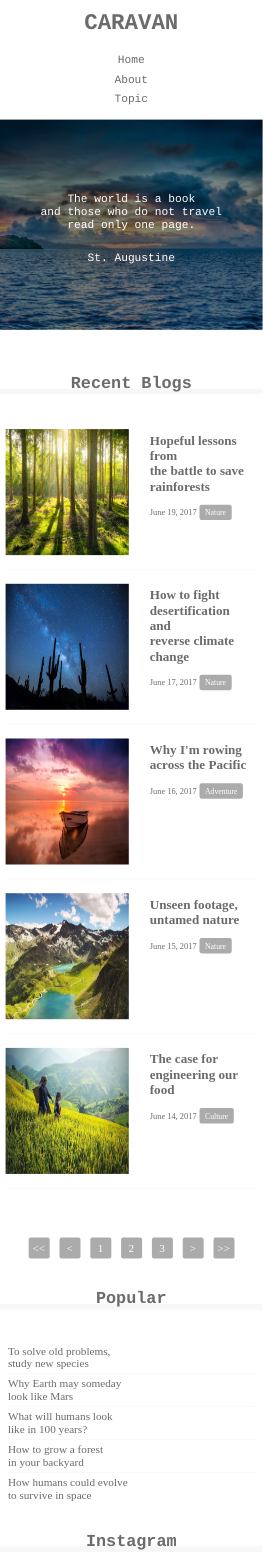
Repository: pureforest/html
Page: caravan/index.html
The author's editor kept a record of every edit. The page is drawn from the files as they stood at one moment, then again after the next edit.
The browser window is 375 px wide. The pictures show the part of the page from y = 0 to 2240 px (the page is 3359 px tall before and 3497 px after), at 70% of full size.
Some web libraries are served in a nearby version.

Above is the page before.

### caravan/index.html
<!DOCTYPE html>
<html lang="ja">
  <head>
    <meta charset="UTF-8" />
    <meta name="viewport" content="width=device-width,initial-scale=1.0">
    <script src="https://kit.fontawesome.com/bb9908bf54.js" crossorigin="anonymous"></script>
    <link rel="stylesheet" href="style.css" />
    <title>CARAVAN</title>
  </head>

  <body>
    <header>
      <h1 class="heading">
        <a href="index.html">
          CARAVAN
        </a>
      </h1>

      <div class="social">
        <i class="fab fa-facebook-square"></i>
        <i class="fab fa-twitter-square"></i>
        <i class="fab fa-instagram"></i>
      </div>
    </header>

    <!-- navigation -->
    <nav>
      <ul class="nav-list">
        <li class="nav-list-item">
          <a href="index.html">Home</a>
        </li>
        <li class="nav-list-item">About</li>
        <li class="nav-list-item">Topic</li>
      </ul>
    </nav>

    <!-- main-visual用のdiv -->
    <div class="main-visual">
      <div class="main-visual-content">
        <p class="main-visual-text">
          The world is a book<br>
          and those who do not travel<br>
          read only one page.
        </p>
        <p class="main-visual-name">
          St. Augustine
        </p>
      </div>
    </div>

    <!-- main用のdiv -->
    <main>
      <section class="blog">
        <h2 class="blog-heading">Recent Blogs</h2>
        <div class="blog-box">
          <div class="blog-item">
            <img class="blog-image" src="img/forest.jpg" />
            <section class="blog-text">
              <h3 class="blog-text-heading">
                <a href="single.html">
                  Hopeful lessons from<br>
                  the battle to save<br>
                  rainforests
                </a>
              </h3>
              <p class="blog-date">June 19, 2017</p>
              <span class="category">Nature</span>
            </section>
          </div>
          <div class="blog-item">
            <img class="blog-image" src="img/desert.jpg" />
            <section class="blog-text">
              <h3 class="blog-text-heading">
                <a href="single.html">
                  How to fight<br>
                  desertification and<br>
                  reverse climate change
                </a>
              </h3>
              <p class="blog-date">June 17, 2017</p>
              <span class="category">Nature</span>
            </section>
          </div>
          <div class="blog-item">
            <img class="blog-image" src="img/sunset.jpg" />
            <section class="blog-text">
              <h3 class="blog-text-heading">
                <a href="single.html">
                  Why I'm rowing<br>
                  across the Pacific
                </a>
              </h3>
              <p class="blog-date">June 16, 2017</p>
              <span class="category">Adventure</span>
            </section>
          </div>
          <div class="blog-item">
            <img class="blog-image" src="img/italy.jpg" />
            <section class="blog-text">
              <h3 class="blog-text-heading">
                <a href="single.html">
                  Unseen footage,<br>
                  untamed nature
                </a>
              </h3>
              <p class="blog-date">June 15, 2017</p>
              <span class="category">Nature</span>
            </section>
          </div>
          <div class="blog-item">
            <img class="blog-image" src="img/asia.jpg" />
            <section class="blog-text">
              <h3 class="blog-text-heading">
                <a href="single.html">
                  The case for<br>
                  engineering our food
                </a>
              </h3>
              <p class="blog-date">June 14, 2017</p>
              <span class="category">Culture</span>
            </section>
          </div>
        </div>
        <div class="pagination">
         <p><<</p>
         <p><</P>
         <p>1</p>
         <p>2</p>
         <p>3</p>
         <p>></p>
         <p>>></p>
        </div>
      </section>


      <div class="sidebar">
       <section class="popular">
        <h2 class="popular-heading common-heading">Popular</h2>
        <div class="sidebar-contents">
          <p class="popular-text">To solve old problems,<br>study new species</p>
          <p class="popular-text">Why Earth may someday<br>look like Mars</p>
          <p class="popular-text">What will humans look<br>like in 100 years?</p>
          <p class="popular-text">How to grow a forest<br>in your backyard</p>
          <p class="popular-text">How humans could evolve<br>to survive in space</p>
        </div>
       </section>

       <section class="instagram">
        <h2 class="instagram-heading common-heading">Instagram</h2>
          <div class="sidebar-contents">
            <div class="instagram-box"></div>
            <div class="instagram-box"></div>
            <div class="instagram-box"></div>
            <div class="instagram-box"></div>
            <div class="instagram-box"></div>
            <div class="instagram-box"></div>
          </div>
       </section>

       <section class="categories">
          <h2 class="categories-heading common-heading">Categories</h2>
          <div class="sidebar-contents">
            <p class="categories-text">Technology(15)</p>
            <p class="categories-text">Business(23)</p>
            <p class="categories-text">Entertainment(12)</p>
            <p class="categories-text">Nature(32)</p>
            <p class="categories-text">Education(9)</p>
            <p class="categories-text">Adventure(23)</p>
            <p class="categories-text">Communication(14)</p>
          </div>
        </section>
      </div>
    </main>

    <!-- footer -->
    <footer>
      <p class="footer-text">© All rights reserved by Infratop.Inc.</p>
    </footer>
  </body>
</html>

### caravan/style.css
* {
  margin: 0;
  padding: 0;
  box-sizing: border-box;
  color: #6c6b6b;
}

a{
  text-decoration: none;
}

header,nav,h2,.main-visual,footer{
  font-family: Chalkduster, "Bradley Hand", Courier, "Segoe Print", sans-serif;
}

header {
  width: 90%;
  padding: 15px 0;
  margin: 0 auto;
  text-align: center;
  position: relative;
}

.social i{
  display: inline-block;
  margin-left: 20px;
}

.social {
  position: absolute;
  top: 22px;
  right: 22px;
}

header .heading {
  font-size: 32px;
}

.nav-list {
  text-align: center;
  padding: 10px 0;
  margin: 0 auto;
}

.nav-list-item {
  list-style: none;
  display: inline-block;
  margin: 0 20px;
}

.main-visual {
  width: 100%; /* 横幅いっぱい */
  height: 300px; /* 高さ300px */
  background-image: url(img/mv.jpg);
  background-size: cover; /* 縦横比を維持したまま背景領域を埋め尽くす */
  background-position: center; /* 背景画像を中央に配置 */
}

.main-visual-content {
  width: 40%; /* 横幅40% */
  height: 300px; /* 親の高さに揃える */
  background-color: rgba(0, 0, 0, 0.5); /* 背景色を半透明の黒にする */
  text-align: center; /* 文字を中央揃えにする */
  padding-top: 105px; /* 上側の内側余白で垂直方向の位置を調整 */
}

.main-visual-text {
  color: #fff;
}

.main-visual-name {
  margin-top: 30px;
  color: #fff;
}

main {
  width: 800px;
  display: flex;
  justify-content: center;
  margin: 0 auto;
  padding: 70px 0;
}

.blog {
  width: 540px;
  margin-right: 30px;
}

.blog-heading {
  border-bottom: 8px solid #f7f7f7;
  text-align: center;
  line-height: 0.6;
}

.blog-box{
  padding-top: 50px
}

.blog-item {
  padding-bottom: 20px;
  margin-bottom: 20px;
  border-bottom: 1px solid #f7f7f7;
  display: flex;
  justify-content: flex-start;}

.blog-image {
  height: 180px;
}

.blog-text {
  padding: 25px 0 0 30px;
}

.blog-text-heading{
  padding-bottom: 15px;
}
.blog-date {
  font-size: 12px;
  display: inline-block;
}
.category {
  display: inline-block;
  padding: 5px 8px;
  background-color: #acabab;
  border-radius: 3px;
  color: #fff;
  font-size: 11px;
}

.pagination{
  text-align: center;
  padding-top: 50px;
}

.pagination p{
  display: inline-block;
  width: 30px;
  height: 30px;
  margin: 0 5px;
  color: #fff;
  background-color: #acabab;
  border-radius: 3px;
  line-height: 30px;
}
.sidebar {
  width: 230px;
}

.common-heading {
  border-bottom: 8px solid #f7f7f7;
  text-align: center;
  line-height: 0.6;
}

.sidebar-contents {
  padding: 50px 0;
}

.popular-text,
.categories-text {
  padding-bottom: 5px;
  border-bottom: 1px solid #f7f7f7;
  margin-bottom: 5px;
}

.popular-text:last-child,
.categories-text:last-child {
  margin: 0;
  padding: 0;
  border: none;
}

.instagram .sidebar-contents {
  display: flex;
  flex-wrap: wrap;
}

.instagram-box {
  width: 110px;
  padding-top: 110px;
  background-size: cover;
  background-position: center;
  margin-bottom: 10px;
}

.instagram-box:nth-child(odd) {
  margin: 0 10px 10px 0;
}

.instagram-box:nth-child(1) {
  background-image: url(img/airport.jpg);
}

.instagram-box:nth-child(2) {
  background-image: url(img/japan.jpg);
}

.instagram-box:nth-child(3) {
  background-image: url(img/snow.jpg);
}

.instagram-box:nth-child(4) {
  background-image: url(img/japan2.jpg);
}

.instagram-box:nth-child(5) {
  background-image: url(img/lake.jpg);
}

.instagram-box:nth-child(6) {
  background-image: url(img/road.jpg);
}

footer {
  width: 100%;
  height: 120px;
  text-align: center;
  line-height: 120px;
  background-color: #848282;
}

.footer-text {
  color: #fff;
}

@media screen and (max-width: 1024px) {
  header {
  width: 100%;
}

.social {
  display: none;
}

.nav-list {
  width: 100%
}

.nav-list-item {
  width: 100%;
  margin: 0 0 10px 0;
}

.main-visual-content {
  width: 100%;
}

main {
  width: 100px;
  display: block;
}

.blog {
  width: 100%;
  margin: 0;
}

.blog-box{
  padding-left: 2%;
    padding-right: 2%;
}

.blog-image {
  width:49%;
}

.blog-text {
  width: 49%;
  padding-top: 5px
}

.sidebar {
  width: 100%;
}

.sidebar-contents {
  padding-left: 3%;
  padding-right: 3%;
}

.instagram-box {
  width: 48%;
  padding-top: 48%;
}

.instagram-box:nth-child(odd) {
  margin-right: 4%;
}
.pagination {
    margin-bottom: 50px;
  }
}

@media screen and (max-width: 425px) {
  header {
    width: 100%;
  }

  .nav-list {
    width: 100%;
  }

  .nav-list-item {
    width: 100%;
    margin: 0 0 10px 0;
  }

  .social {
    display: none;
  }

  .main-visual-content {
    width: 100%;
  }

  main {
    width: 100%;
    display: block;
  }

  .blog {
    width: 100%;
    margin: 0;
  }

  .blog-box {
    padding-left: 2%;
    padding-right: 2%;
  }

  .blog-image {
    width: 49%;
  }

  .blog-text {
    width: 49%;
    padding-top: 5px;
  }

  .sidebar {
    width: 100%;
  }

  .sidebar-contents {
    padding-left: 3%;
    padding-right: 3%;
  }

  .instagram-box {
    width: 48%;
    padding-top: 48%;
  }

  .instagram-box:nth-child(odd) {
    margin-right: 4%;
  }

  .pagination {
    margin-bottom: 50px;
  }
}

After the next edit:
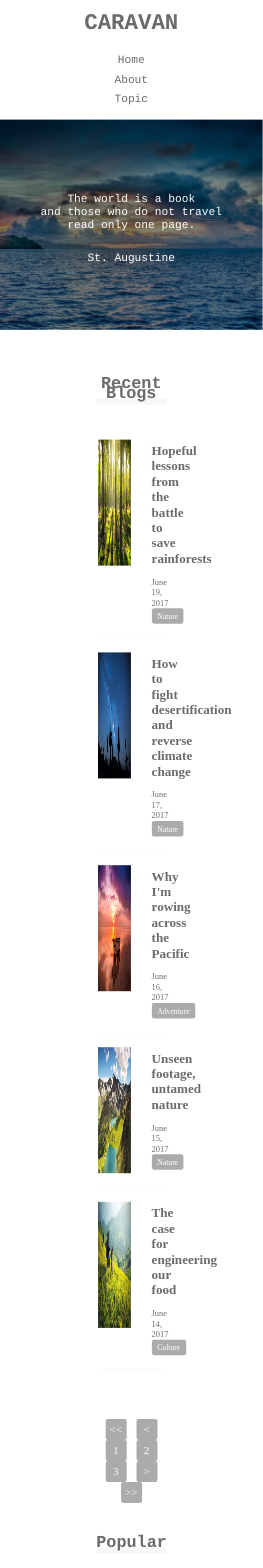
The edit:
--- a/caravan/style.css
+++ b/caravan/style.css
@@ -223,8 +223,9 @@
   color: #fff;
 }
 
+
 @media screen and (max-width: 1024px) {
-  header {
+header {
   width: 100%;
 }
 
@@ -290,72 +291,3 @@
     margin-bottom: 50px;
   }
 }
-
-@media screen and (max-width: 425px) {
-  header {
-    width: 100%;
-  }
-
-  .nav-list {
-    width: 100%;
-  }
-
-  .nav-list-item {
-    width: 100%;
-    margin: 0 0 10px 0;
-  }
-
-  .social {
-    display: none;
-  }
-
-  .main-visual-content {
-    width: 100%;
-  }
-
-  main {
-    width: 100%;
-    display: block;
-  }
-
-  .blog {
-    width: 100%;
-    margin: 0;
-  }
-
-  .blog-box {
-    padding-left: 2%;
-    padding-right: 2%;
-  }
-
-  .blog-image {
-    width: 49%;
-  }
-
-  .blog-text {
-    width: 49%;
-    padding-top: 5px;
-  }
-
-  .sidebar {
-    width: 100%;
-  }
-
-  .sidebar-contents {
-    padding-left: 3%;
-    padding-right: 3%;
-  }
-
-  .instagram-box {
-    width: 48%;
-    padding-top: 48%;
-  }
-
-  .instagram-box:nth-child(odd) {
-    margin-right: 4%;
-  }
-
-  .pagination {
-    margin-bottom: 50px;
-  }
-}
